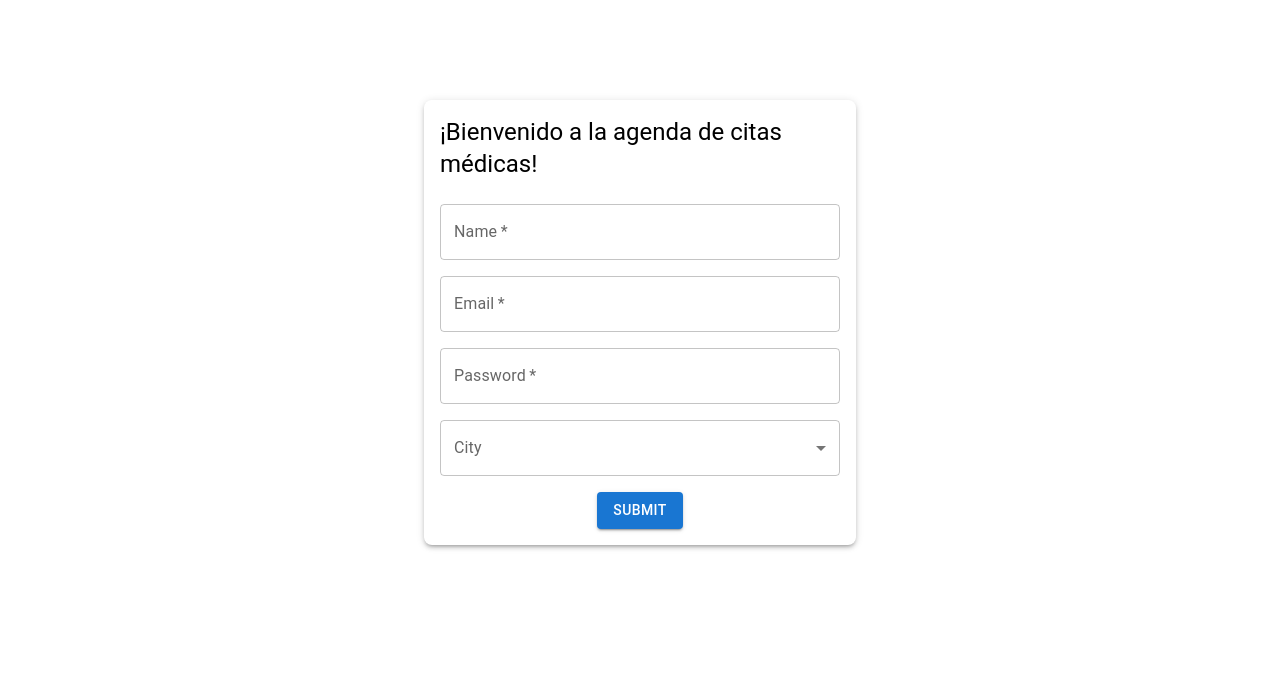
Repository: nicoleabaddd/FormReactJs
Page: /
The author's editor kept a copy of each file at every save. The page is drawn from the files as they stood at one save, then again after the next save.
The browser window is 1280 px wide. The pictures show the whole page.
The project was rebuilt for these pictures with package versions that can differ from the ones it lists, and the page was loaded fresh each time. Also part of the build but not shown: src/App.css.

Above is the page before, as saved 2024-07-15 00:57:19.

### src/App.js
import './App.css';
import { Box } from '@mui/material';
import FormPages from "./pages/formPages";

const App = () => {
  return (
    <div>
      <FormPages />
    </div>
  );
};

export default App;

### src/pages/formPages.jsx
import { Box } from "@mui/material";
import React from "react";
import Forms from "../components/formulario";

const FormPages=()=> {
    return (
        <Box sx={{marginTop: "100px"}}> <Forms/></Box>
    )
};

export default FormPages;

### src/components/formulario.jsx
import React, { useState } from "react";
import {
    TextField,
    Button,
    Box,
    Typography,
    Dialog,
    DialogActions,
    DialogContent,
    DialogContentText,
    DialogTitle,
    MenuItem,
    Select,
    InputLabel,
    FormControl
  } from "@mui/material";

  const cities = [
    { name: "Quito", value: "Quito" },
    { name: "Guayaquil", value: "Guayaquil" },
    { name: "Cuenca", value: "Cuenca" },
    { name: "Santo Domingo", value: "Santo Domingo" },
    { name: "Machala", value: "Machala" },
    { name: "Durán", value: "Durán" },
    { name: "Manta", value: "Manta" },
    { name: "Portoviejo", value: "Portoviejo" },
    { name: "Ambato", value: "Ambato" },
    { name: "Riobamba", value: "Riobamba" }
  ];

  const Forms = () => {
    const [formData, setFormData] = useState({
      name: "",
      email: "",
      password: "",
      city: ""
    });
    const [open, setOpen] = useState(false);

    const handleChange = (e) => {
      const { name, value } = e.target;
      setFormData((prevData) => ({
        ...prevData,
        [name]: value
      }));
    };

    const handleSubmit = (e) => {
      e.preventDefault();
      console.log(formData);
      setOpen(true);  // Abre el diálogo cuando el formulario se envía
    };

    const handleClose = () => {
      setOpen(false);  // Cierra el diálogo
    };

    return (
      <Box
        component="form"
        onSubmit={handleSubmit}
        sx={{
          display: "flex",
          flexDirection: "column",
          alignItems: "center",
          gap: 2,
          maxWidth: 400,
          margin: "auto",
          padding: 2,
          boxShadow: 3,
          borderRadius: 2
        }}
      >
        <Typography variant="h5" component="h1" gutterBottom>
          ¡Bienvenido a la agenda de citas médicas!
        </Typography>
        <TextField
          label="Name"
          name="name"
          value={formData.name}
          onChange={handleChange}
          fullWidth
          required
        />
        <TextField
          label="Email"
          name="email"
          value={formData.email}
          onChange={handleChange}
          fullWidth
          required
          type="email"
        />
        <TextField
          label="Password"
          name="password"
          value={formData.password}
          onChange={handleChange}
          fullWidth
          required
          type="password"
        />
        <FormControl fullWidth>
          <InputLabel id="city-label">City</InputLabel>
          <Select
            labelId="city-label"
            name="city"
            value={formData.city}
            onChange={handleChange}
            label="City"
            fullWidth
            required
          >
            {cities.map((city, index) => (
              <MenuItem key={index} value={city.value}>
                {city.name}
              </MenuItem>
            ))}
          </Select>
        </FormControl>
        <Button variant="contained" color="primary" type="submit">
          Submit
        </Button>

        <Dialog open={open} onClose={handleClose}>
          <DialogTitle>{"Cita agendada"}</DialogTitle>
          <DialogContent>
            <DialogContentText>
              ¡Tu cita ha sido agendada exitosamente!
            </DialogContentText>
          </DialogContent>
          <DialogActions>
            <Button onClick={handleClose} color="primary" autoFocus>
              Close
            </Button>
          </DialogActions>
        </Dialog>
      </Box>
    );
  };

export default Forms;

Loaded but not shown: public/index.html (common file); src/index.js (common file); src/index.css (common file); src/reportWebVitals.js (common file)

After the next save:
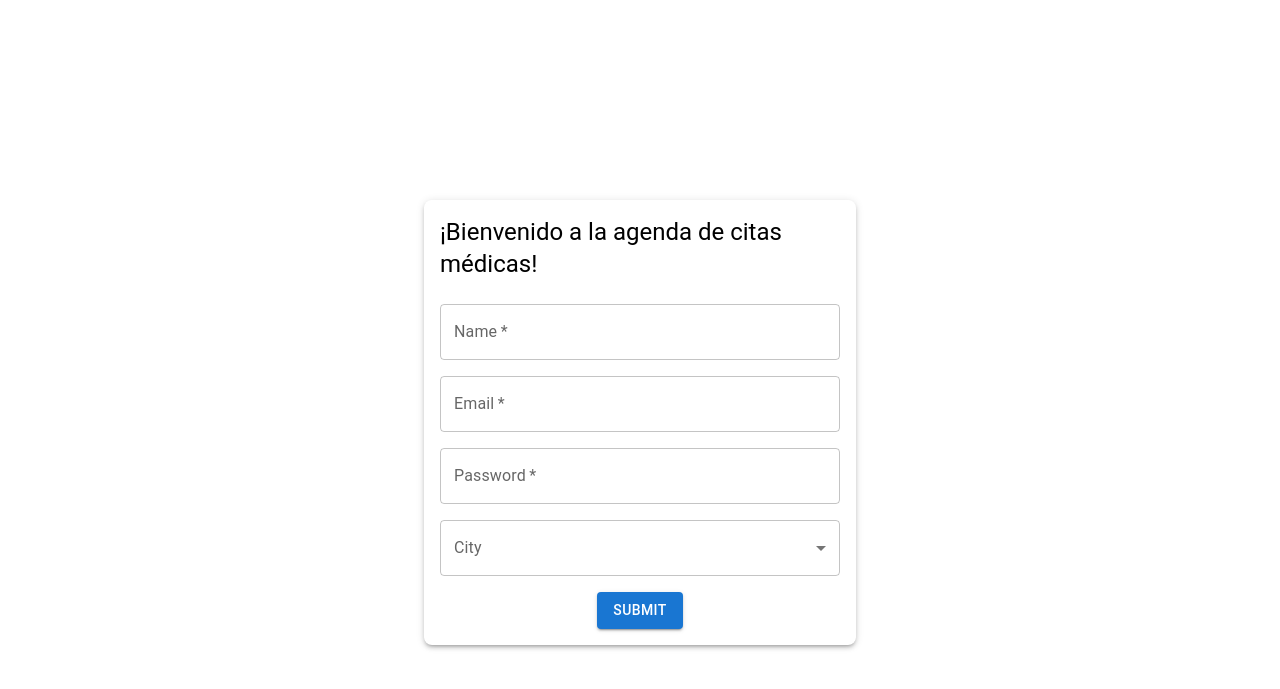
Saved 21 s later.
--- a/src/pages/formPages.jsx
+++ b/src/pages/formPages.jsx
@@ -4,7 +4,7 @@ import Forms from "../components/formulario";
 
 const FormPages=()=> {
     return (
-        <Box sx={{marginTop: "100px"}}> <Forms/></Box>
+        <Box sx={{marginTop: "200px"}}> <Forms/></Box>
     )
 };
 
